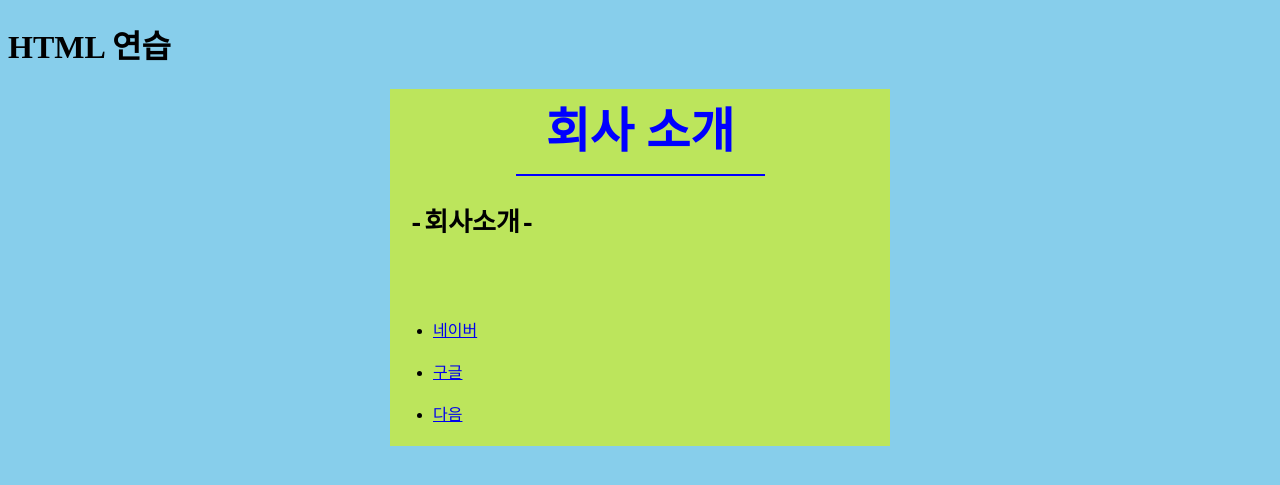
Repository: leeseungho1994/test09
Page: html/NewFile.html
The author's editor kept a copy of each file at every save. The page is drawn from the files as they stood at one save, then again after the next save.
The browser window is 1280 px wide. The pictures show the whole page.

Above is the page before, as saved 2020-10-29 09:12:22.

### html/NewFile.html
<!DOCTYPE html>
<html>
<head>
<meta charset="UTF-8">
<title>Insert title here</title>
</head>
<body style="background-color: skyblue;">
	<h1>HTML 연습</h1>
	<table style="background-color: #BCE55C;" align="center" width="500">
		<tr>
			<th><font size="7" face="궁서체" color="blue">회사 소개</font></th>

		</tr>
		<tr>
			<th><hr width="50%" align="center" color="blue"></th>
		</tr>
		<tr>
			<td><pre><font size="6"><b> -회사소개-
			</b></font>
				</pre></td>
		</tr>
		<tr>
			<td><ul>
					<li><a href="https://www.naver.com/">네이버</a></li>
					<br>
					<li><a href="https://www.google.co.kr/">구글</a></li>
					<br>
					<li><a href="https://www.google.co.kr/">다음</a></li>
				</ul></td>
		</tr>
		<tr>

		</tr>
	</table>
</body>
</html>

After the next save:
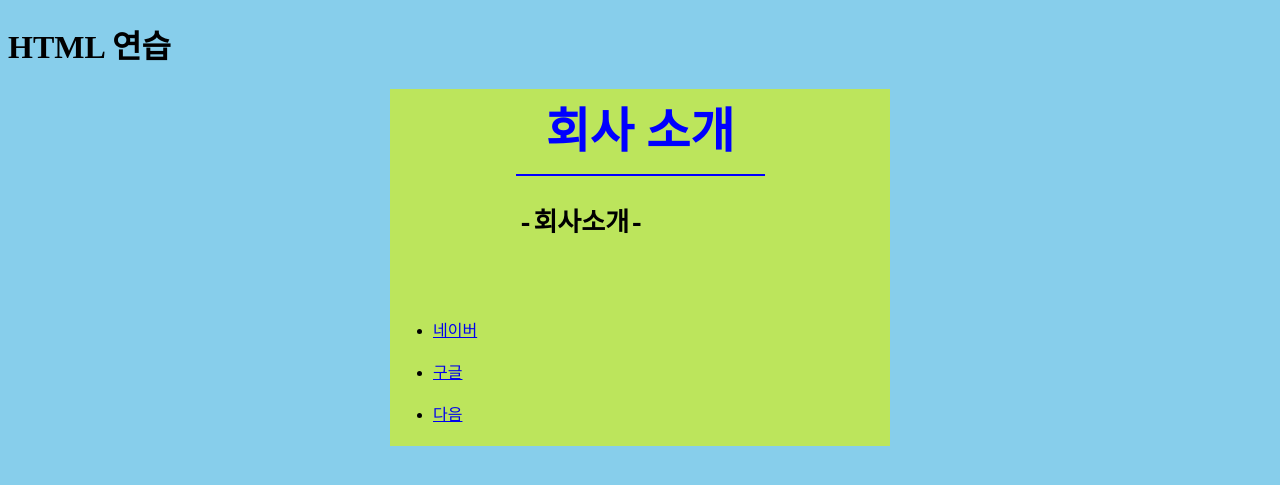
Saved 6 s later.
--- a/html/NewFile.html
+++ b/html/NewFile.html
@@ -15,7 +15,7 @@
 			<th><hr width="50%" align="center" color="blue"></th>
 		</tr>
 		<tr>
-			<td><pre><font size="6"><b> -회사소개-
+			<td><pre><font size="6"><b> 	-회사소개-
 			</b></font>
 				</pre></td>
 		</tr>
